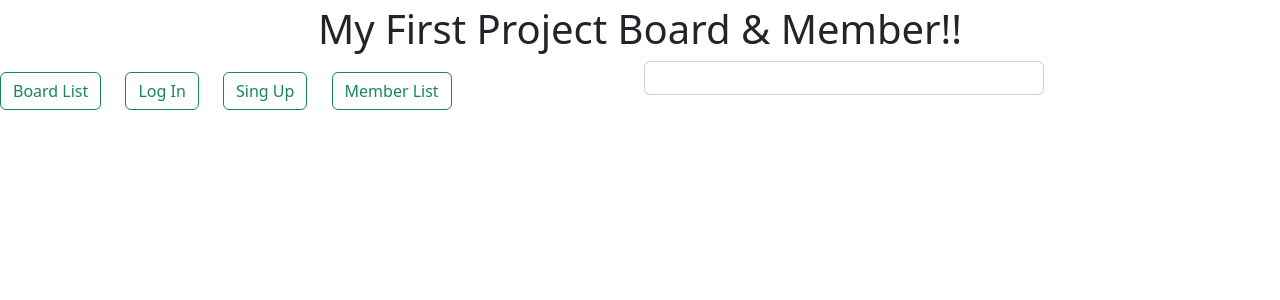
Repository: Raneechoi/java2022_09_03
Page: http://localhost/Project/mem/login_auth
The author's editor kept a copy of each file at every save. The page is drawn from the files as they stood at one save, then again after a run of saves.
The browser window is 1280 px wide. The pictures show the whole page.
The page is served by Tomcat 9. Queries for data that is not in the repository find no rows.

Above is the page before, as saved 2022-12-08 06:08:59.

After the next 2 saves:
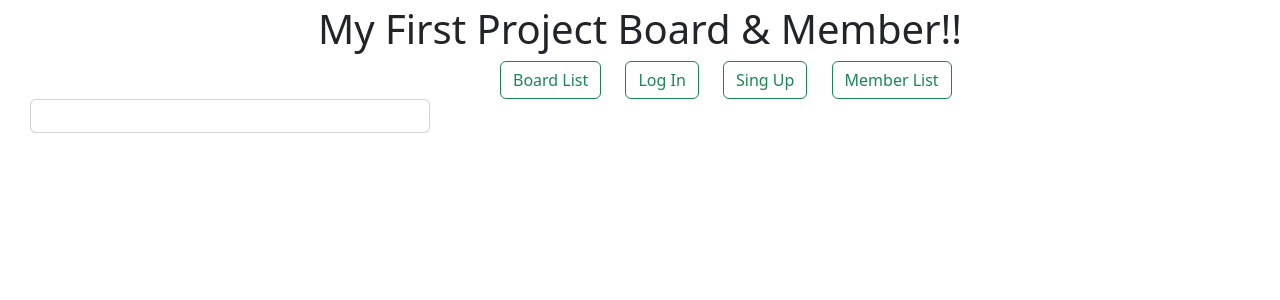
The 2 saves are shown as one change because they came seconds apart.
The last was saved 14 s later.
--- a/JSP_Board&Member/Project/src/main/webapp/index.jsp
+++ b/JSP_Board&Member/Project/src/main/webapp/index.jsp
@@ -16,7 +16,7 @@
 	<h1 style="text-align: center;">My First Project Board & Member!!</h1>
 </div>
 
-<div style="width: 600px; display:inline-block; margin-right: 10px">
+<div style="width: 600px; display:inline-block; margin-left: 500px">
 		<a href="/bor/pageList" style="margin-right: 20px"><button class="btn btn-outline-success">Board List</button></a>
 		<a href="/mem/login" style="margin-right: 20px"><button class="btn btn-outline-success">Log In</button></a>
 		<a href="/mem/join" style="margin-right: 20px"><button class="btn btn-outline-success">Sing Up</button></a>
